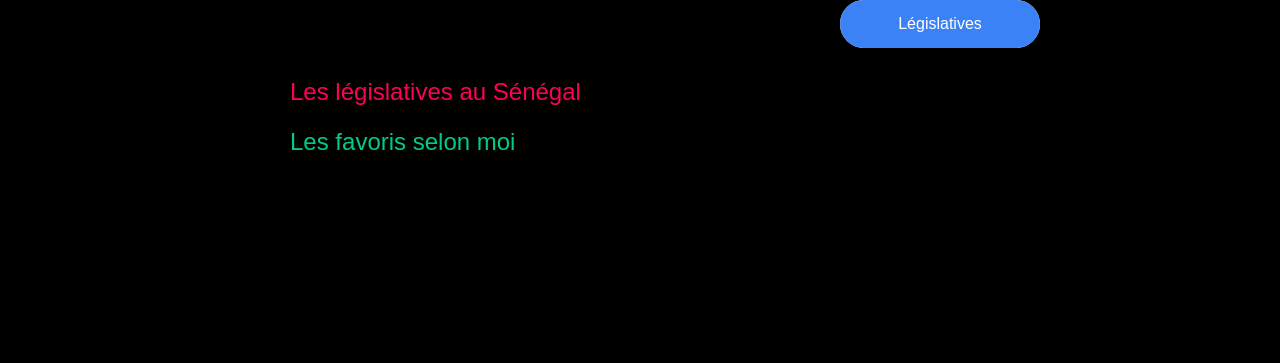
Repository: MDiouf9/legislatives
Page: /
The author's editor kept a copy of each file at every save. The page is drawn from the files as they stood at one save, then again after the next save.
The browser window is 1280 px wide. The pictures show the whole page.
The project was rebuilt for these pictures with package versions that can differ from the ones it lists, and the page was loaded fresh each time. The framework's server and built-in components were replaced by stand-ins that run in the browser. Also part of the build but not shown: next.config.ts.

Above is the page before, as saved 2024-10-31 23:29:02.

### src/app/layout.tsx
import type { Metadata } from "next";
import localFont from "next/font/local";
import "./globals.css";


const geistSans = localFont({
  src: "./fonts/GeistVF.woff",
  variable: "--font-geist-sans",
  weight: "100 900",
});
const geistMono = localFont({
  src: "./fonts/GeistMonoVF.woff",
  variable: "--font-geist-mono",
  weight: "100 900",
});

export const metadata: Metadata = {
  title: "Legislatives 2024",
  description: " Pour mettre en avant les legislatives ",
};

export default function RootLayout({
  children,
}: Readonly<{
  children: React.ReactNode;
}>) {
  return (
    <html lang="en">
      <body
        className={`${geistSans.variable} ${geistMono.variable} antialiased`}
      >
        {children}
      </body>
    </html>
  );
}

### src/app/page.tsx
"use client"

import { div } from "framer-motion/client"
import { Boutton } from "./Composants/Boutton"
import Text from "./Composants/Text";


export default function Page() {
  return (


  <div  className="flex justify-center item">
   <Text/>


   {/* <button
  type="button"
  className="text-white bg-gradient-to-r from-green-600 via-yellow-500 to-red-600 hover:bg-gradient-to-br focus:ring-4 focus:outline-none focus:ring-yellow-300 dark:focus:ring-yellow-800 shadow-lg shadow-yellow-500/50 dark:shadow-lg dark:shadow-yellow-800/80 font-medium rounded-lg text-sm px-5 py-2.5 text-center me-2 mb-2"
>
  Legislatives

</button> */}
<Boutton/>


  </div>
   )
}

### src/app/globals.css
@tailwind base;
@tailwind components;
@tailwind utilities;

/* :root {
  --background: #ffffff;
  --foreground: #171717;
}

@media (prefers-color-scheme: dark) {
  :root {
    --background: #0a0a0a;
    --foreground: #ededed;
  }
} */

body {
  /* color: var(--foreground);*/
  background: black;
  font-family: Arial, Helvetica, sans-serif;
}

### src/app/Composants/Boutton.tsx
import React, { useState } from 'react';
import { AnimatePresence, motion } from 'framer-motion';
import { X } from 'lucide-react';

interface Logo {
  id: number;
  src: string;
  photo: string;
  shadowColor: string; // Ajout de la couleur d'ombre personnalisée
}

const logos: Logo[] = [
  {
    id: 1,
    src: '/pastef.jpg',
    photo: '/soko.jpg',
    shadowColor: 'rgba(59, 130, 246, 0.5)' // Bleu
  },
  {
    id: 2,
    src: '/jame.jpg',
    photo: '/amaba.jpg',
    shadowColor: 'rgba(16, 185, 129, 0.5)' // Vert
  },
  {
    id: 3,
    src: '/samekadu.jpg',
    photo: '/bandit.jpg',
    shadowColor: 'rgba(236, 72, 153, 0.5)' // Rose
  }
];

export const Boutton = () => {
  const [isRevealed, setIsRevealed] = useState(false);
  const [selectedLogo, setSelectedLogo] = useState<Logo | null>(null);

  const containerVariants = {
    initial: { width: '200px', borderRadius: '9999px' },
    revealed: { width: '100%', borderRadius: '16px', transition: { duration: 0.5, ease: 'easeInOut' } }
  };

  const logoVariants = {
    initial: { opacity: 0, x: -20 },
    revealed: { opacity: 1, x: 0, transition: { duration: 0.3 } }
  };

  const imageVariants = {
    initial: {
      opacity: 0,
      scale: 0.9,
      boxShadow: '0 0 0 rgba(0,0,0,0)'
    },
    revealed: {
      opacity: 1,
      scale: 1,
      boxShadow: '0 8px 32px', // L'ombre sera définie dynamiquement
      transition: {
        duration: 0.3,
        boxShadow: { duration: 0.4 }
      }
    },
    exit: {
      opacity: 0,
      scale: 0.9,
      boxShadow: '0 0 0 rgba(0,0,0,0)',
      transition: { duration: 0.2 }
    }
  };

  const toggleRevealed = () => {
    setIsRevealed(!isRevealed);
    setSelectedLogo(null);
  };

  const handleLogoClick = (logo: Logo) => {
    if (selectedLogo?.id === logo.id) {
      setSelectedLogo(null);
    } else {
      setSelectedLogo(logo);
    }
  };

  return (
    <div className="relative flex flex-col gap-4">
      <AnimatePresence mode="wait">
        {selectedLogo && (
          <motion.div
            key={selectedLogo.id}
            initial="initial"
            animate="revealed"
            exit="exit"
            variants={imageVariants}
            style={{
              boxShadow: `0 8px 32px ${selectedLogo.shadowColor}`
            }}
            className="w-full rounded-lg overflow-hidden"
          >
            <motion.img
              src={selectedLogo.photo}
              alt="Selected logo"
              className="w-full h-48 object-cover"
              layoutId={`photo-${selectedLogo.id}`}
            />
          </motion.div>
        )}
      </AnimatePresence>

      <motion.div
        className='bg-white shadow-lg rounded-full overflow-hidden'
        initial="initial"
        animate={isRevealed ? 'revealed' : 'initial'}
        variants={containerVariants}
      >
        {!isRevealed ? (
          <motion.button
            onClick={toggleRevealed}
            className="px-6 py-3 bg-blue-500 text-white w-full flex items-center justify-center"
            whileHover={{ scale: 1.05 }}
            whileTap={{ scale: 0.95 }}
          >
            Législatives
          </motion.button>
        ) : (
          <motion.div
            className='flex items-center space-x-4 p-4'
            initial="initial"
            animate="revealed"
            variants={logoVariants}
          >
            {logos.map((logo) => (
              <motion.div
                key={logo.id}
                onClick={() => handleLogoClick(logo)}
                className={`relative cursor-pointer transition-transform duration-200 ${
                  selectedLogo?.id === logo.id ? 'scale-110' : ''
                }`}
                whileHover={{ scale: 1.05 }}
                whileTap={{ scale: 0.95 }}
              >
                <motion.div
                  className="rounded-full"
                  style={{
                    boxShadow: selectedLogo?.id === logo.id
                      ? `0 0 12px ${logo.shadowColor}`
                      : 'none'
                  }}
                >
                  <img
                    src={logo.src}
                    alt="logo parties"
                    className='w-10 h-10 rounded-full object-cover'
                  />
                </motion.div>
              </motion.div>
            ))}
            <motion.button
              onClick={toggleRevealed}
              className="ml-auto bg-red-500 text-white p-2 rounded-full"
              whileHover={{ scale: 1.1 }}
              whileTap={{ scale: 0.95 }}
            >
              <X />
            </motion.button>
          </motion.div>
        )}
      </motion.div>
    </div>
  );
};

### src/app/Composants/Text.tsx
import React from "react";
import { motion, Variants } from "framer-motion";

// Définition des propriétés du composant AnimatedText
interface AnimatedTextProps {
  text: string;
  x: number;
  y: number;
  fontSize?: number;
  fill?: string;
  delay: number;
}

// Variants pour l'animation du texte
const drawText: Variants = {
  hidden: { opacity: 0 },
  visible: (custom: number) => ({
    opacity: 1,
    transition: {
      opacity: { delay: custom, duration: 0.5 },
    },
  }),
};

// Composant AnimatedText avec les props typées
const AnimatedText: React.FC<AnimatedTextProps> = ({ text, x, y, fontSize = 24, fill = "#000", delay }) => (
  <motion.text
    x={x}
    y={y}
    fontSize={fontSize}
    fill={fill}
    variants={drawText}
    custom={delay}
    initial="hidden"
    animate="visible"
  >
    {text}
  </motion.text>
);

// Composant principal Text
const Text: React.FC = () => {
  return (
    <motion.svg
      width="600"
      height="600"
      viewBox="0 0 600 600"
      initial="hidden"
      animate="visible"
    >
      {/* Texte animé : "Les législatives au Sénégal" */}
      <AnimatedText
        text="Les législatives au Sénégal"
        x={50}
        y={100}
        fontSize={24}
        fill="#ff0055"
        delay={1}
      />

      {/* Texte animé : "Les favoris selon moi" */}
      <AnimatedText
        text="Les favoris selon moi"
        x={50}
        y={150}
        fontSize={24}
        fill="#00cc88"
        delay={1.5}
      />
    </motion.svg>
  );
};

export default Text;

Loaded but not shown: tailwind.config.ts (common file)

After the next save:
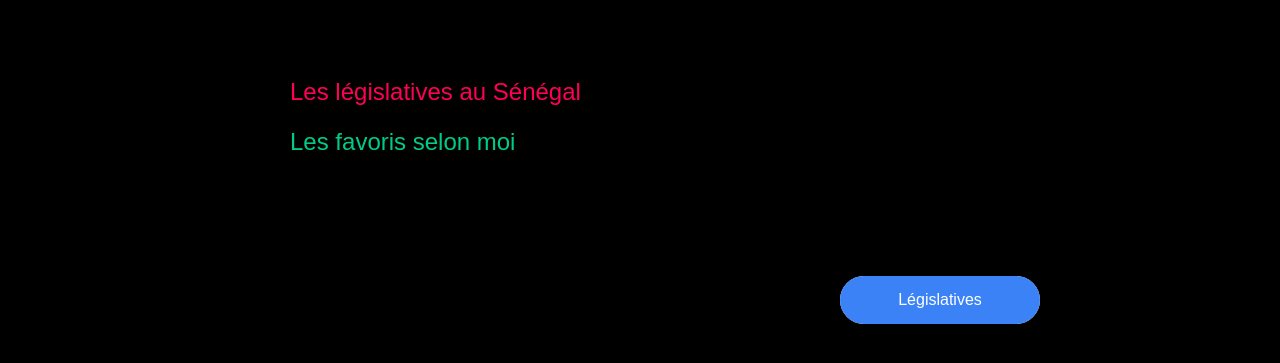
Saved 6 s later.
--- a/src/app/page.tsx
+++ b/src/app/page.tsx
@@ -9,7 +9,7 @@ export default function Page() {
   return (
 
 
-  <div  className="flex justify-center item">
+  <div  className="flex justify-center items-center">
    <Text/>
 
 
